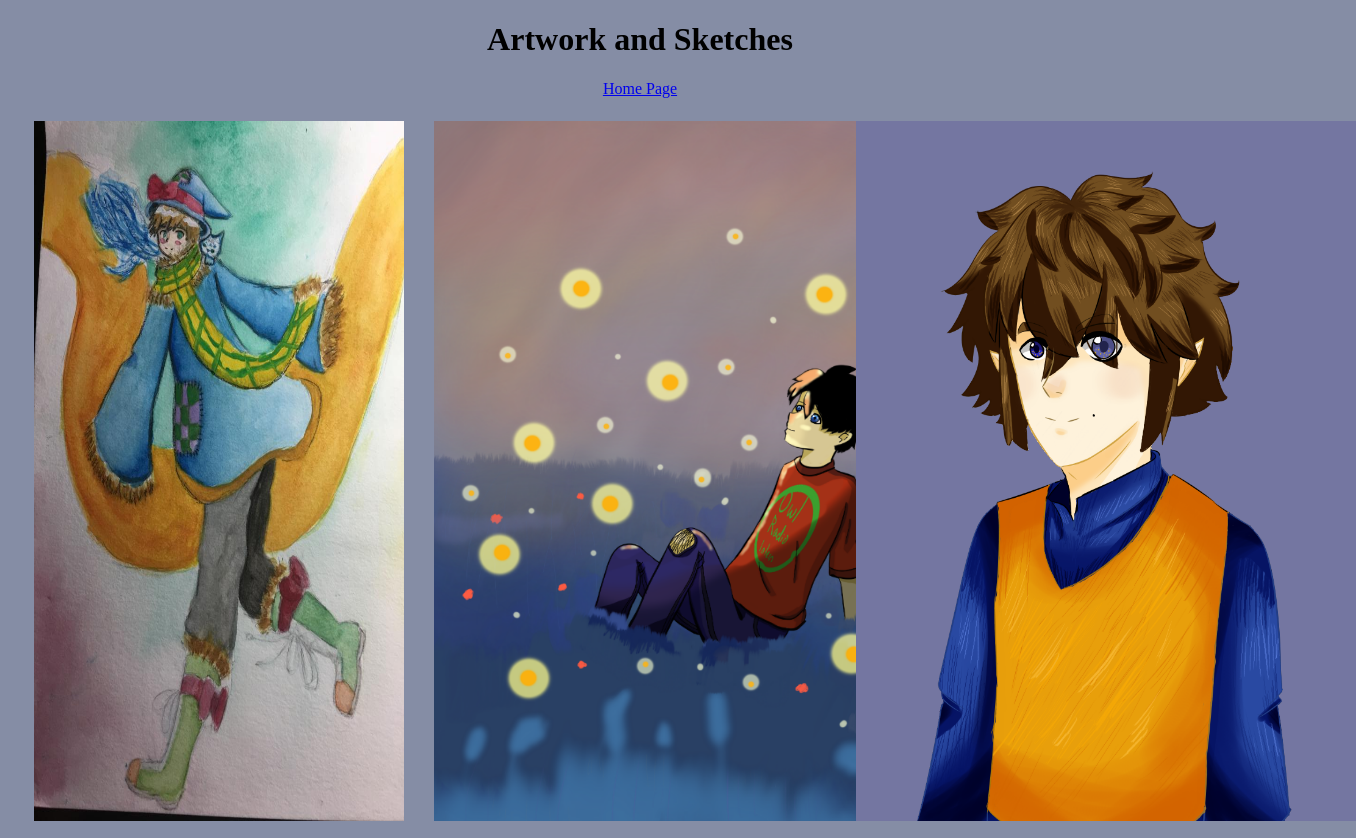
Repository: MaiJun21/MaiJun21.github.io
Page: drawings and artwork.html
The author's editor kept a record of every edit. The page is drawn from the files as they stood at one moment, then again after the next edit.
The browser window is 1280 px wide. The page is 1356 px wide, so the pictures cover 1356 px, including what lies to the right of the window. The pictures show the whole page.

Above is the page before.

After the next edit:
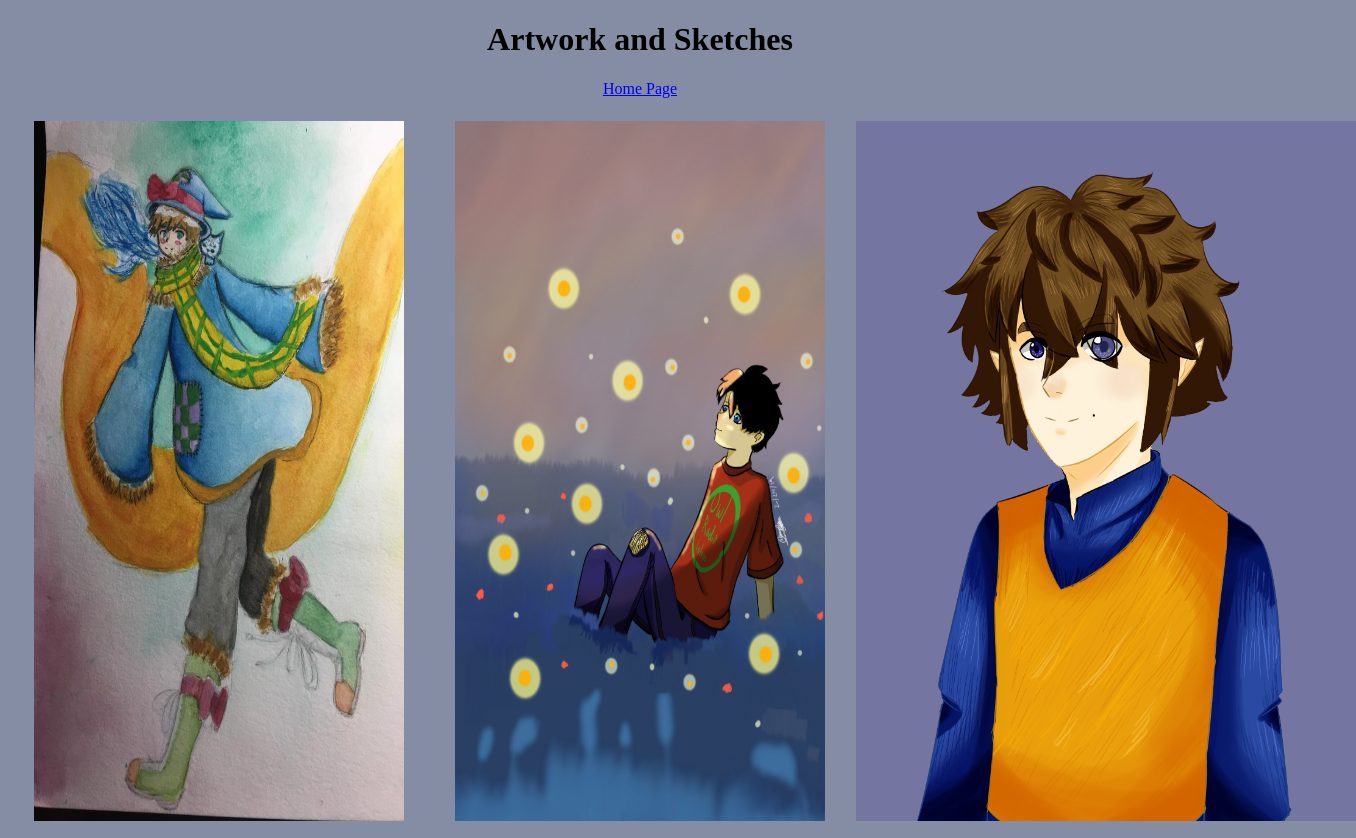
The edit:
--- a/drawings and artwork.html
+++ b/drawings and artwork.html
@@ -43,7 +43,7 @@
     <img src="images/scarecrow_as_wizard.jpg" alt="Drawing of Scarecrow from Wizard of Oz as an rpg magic class" width="500" height="700" style="width:90%">
   </div>
   <div class="column">
-    <img img src="images/fairy_lights.png" alt="Fairy Lights" width="500" height="700">
+    <img img src="images/fairy_lights.png" alt="Fairy Lights" width="500" height="700" style="width:90%">
 
   </div>
   <div class="column">
